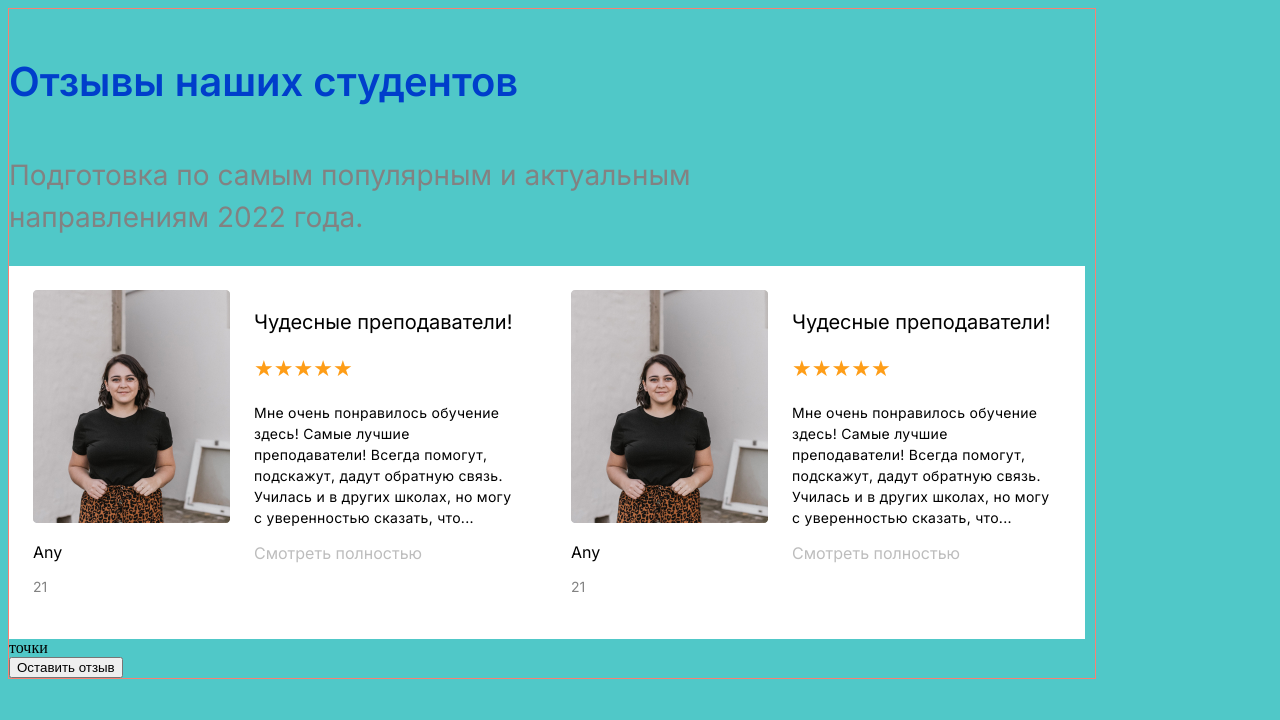
Repository: Malvuna/Studi
Page: index.html
An editor plug-in stored every save of this project. The page is shown before and after the next save, followed by the edit.
The browser window is 1280 px wide. The pictures show the whole page.

Above is the page before, as saved 2022-07-11 17:32:12.

After the next save:
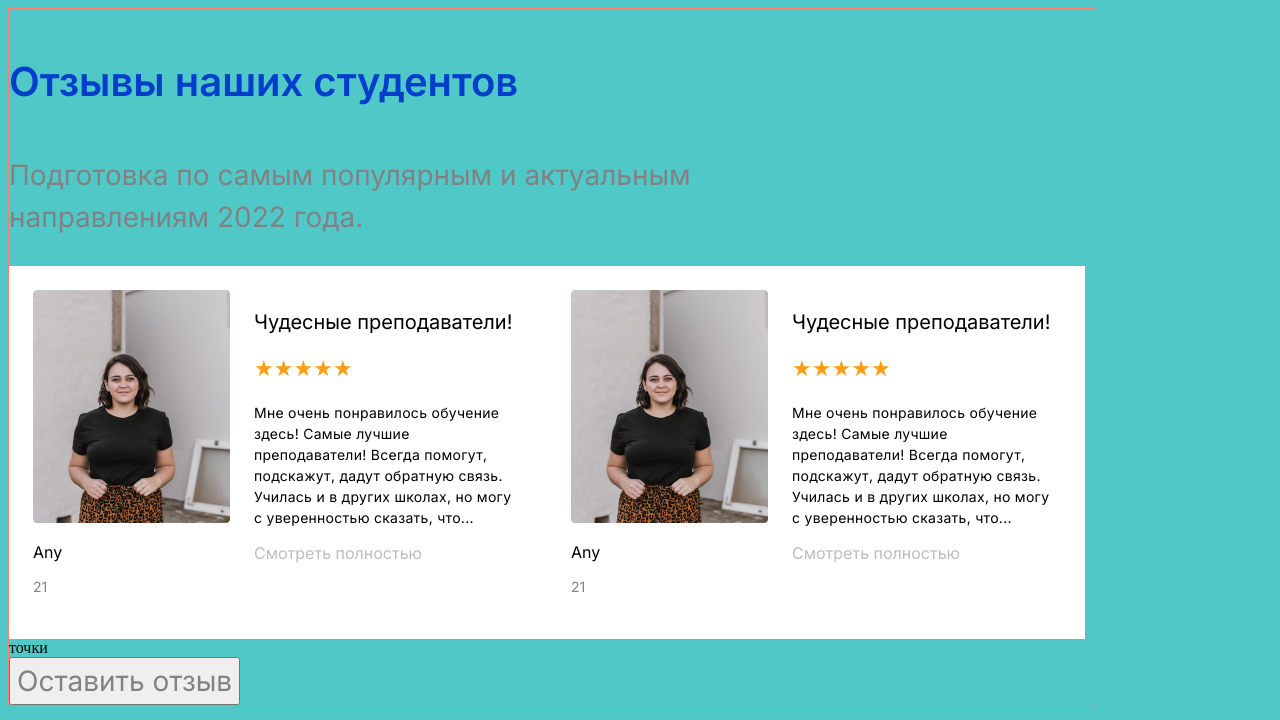
Saved 60 s later.
--- a/index.html
+++ b/index.html
@@ -20,7 +20,7 @@
       <p class="head">Подготовка по самым популярным и актуальным </br> направлениям 2022 года.</p>
       <div id="divAllCard"> </div>
       <div>точки</div>
-      <button>Оставить отзыв</button>
+      <button class="head">Оставить отзыв</button>
 
     </div>
     </main>

After the save that followed:
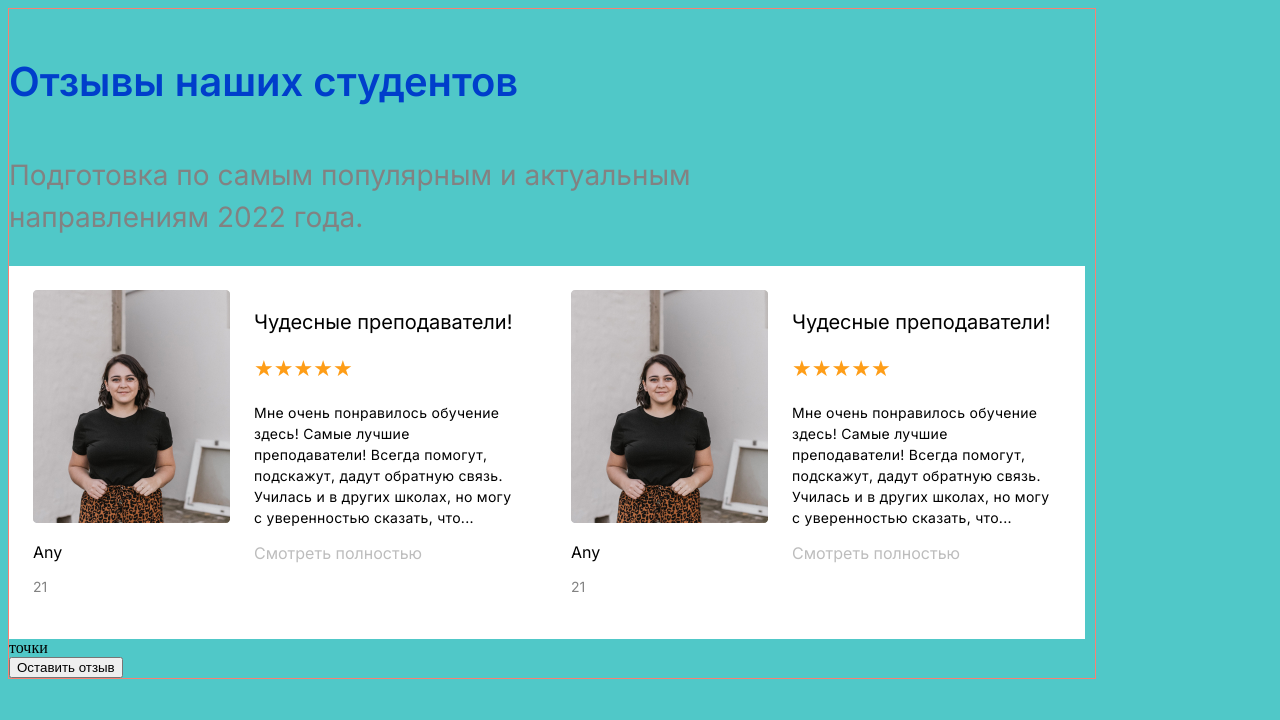
Saved 7 s later.
--- a/index.html
+++ b/index.html
@@ -20,7 +20,7 @@
       <p class="head">Подготовка по самым популярным и актуальным </br> направлениям 2022 года.</p>
       <div id="divAllCard"> </div>
       <div>точки</div>
-      <button class="head">Оставить отзыв</button>
+      <button class="button">Оставить отзыв</button>
 
     </div>
     </main>
